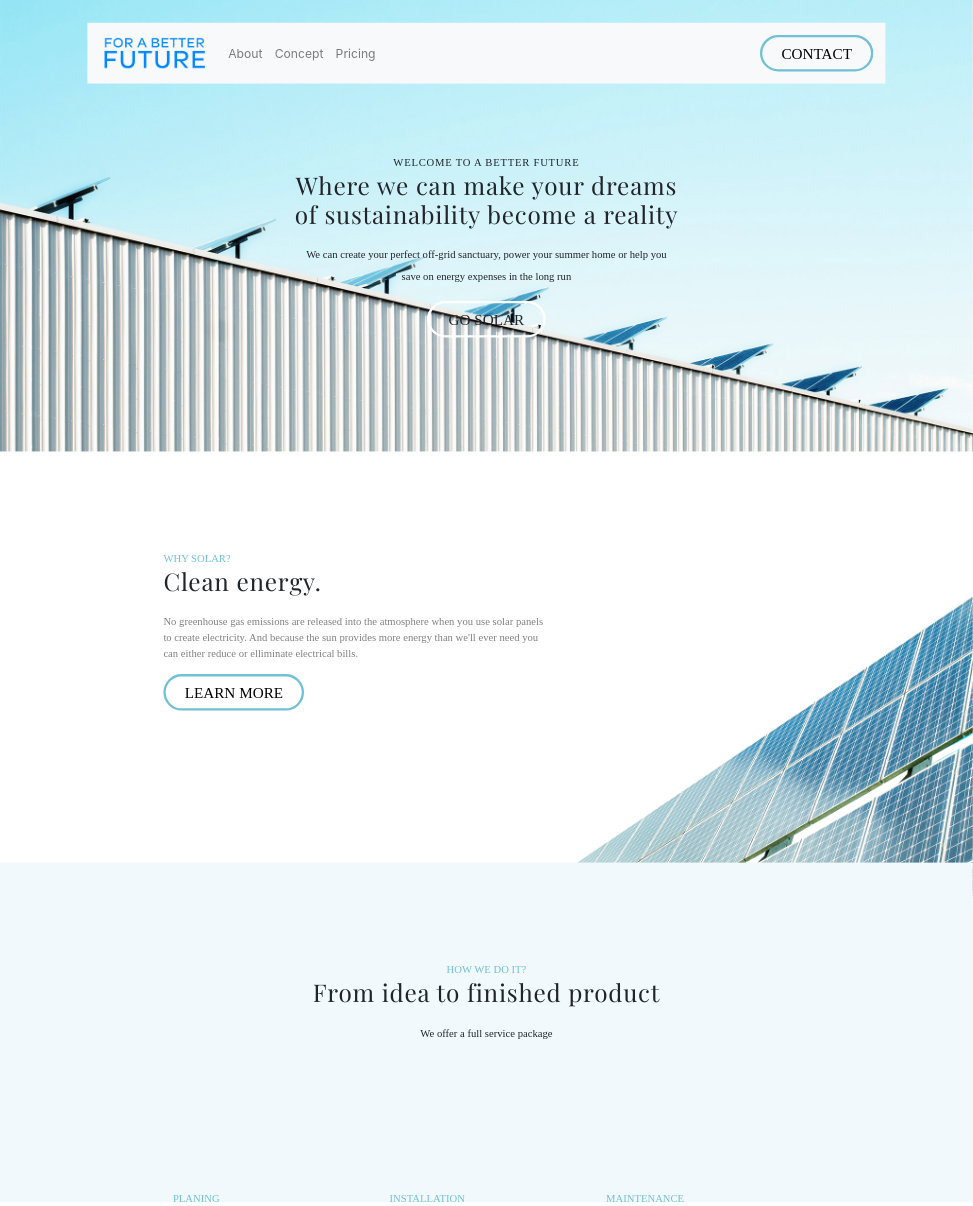
Repository: sabinemm/fabf
Page: index.html
The author's editor kept a record of every edit. The page is drawn from the files as they stood at one moment, then again after the next edit.
The browser window is 1280 px wide. The pictures show the whole page, at 76% of full size.
Backgrounds fixed to the window are drawn as part of the page. Some web fonts or font styles are not loaded; a fallback is used.

Above is the page before.

After the next edit:
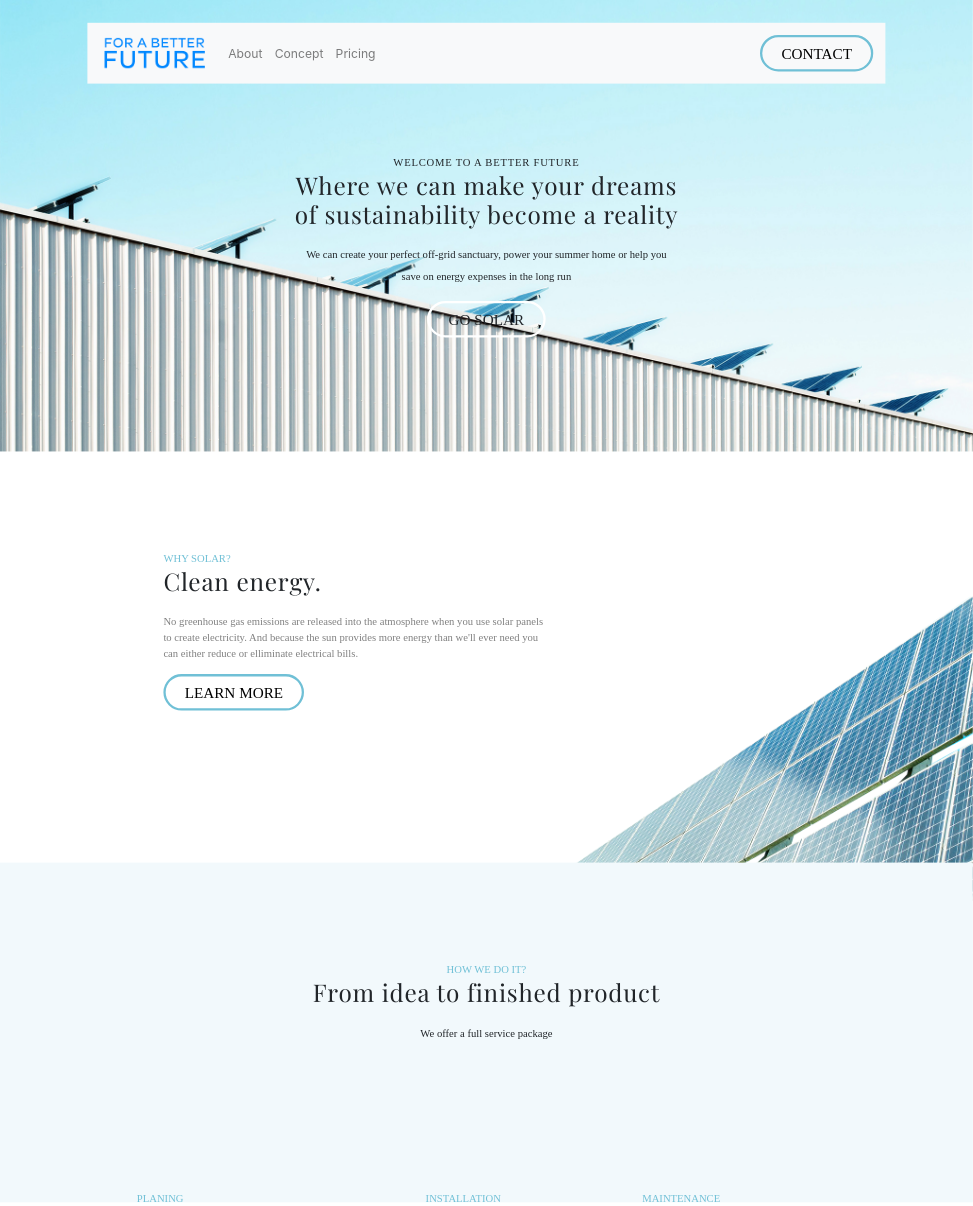
The edit:
--- a/index.html
+++ b/index.html
@@ -91,7 +91,7 @@
         </div>
         <div class="container idea-table">
             <div class="row justify-content-center">
-                <div class=" col-3 col-md-3 col-sm-3">
+                <div class=" col-3 col-md-4 col-sm-3">
                      <p class="uppercase stitle stitle-blue">PLANING</p>
                 </div>
                 <div class="col-3 col-md-3 col-sm-3 ">
